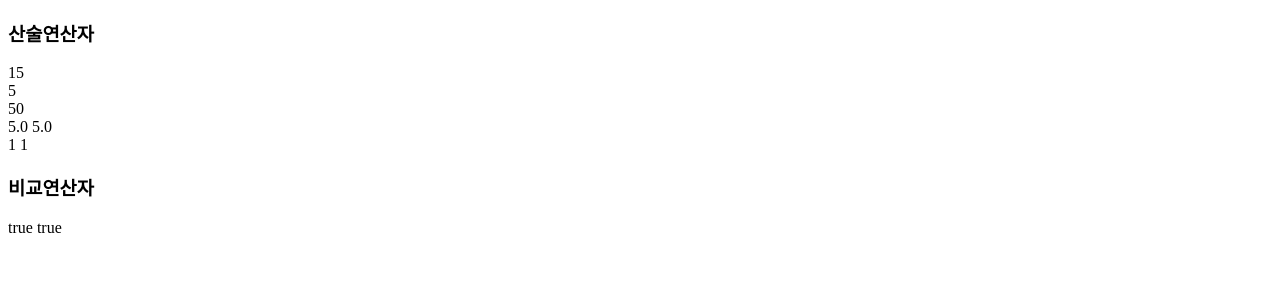
Repository: Jipumpkin/WebServer
Page: http://localhost/JSTL/ex03el3.jsp
These files come from the project's save history. The page is drawn as it stood at one moment and after the next save; the edit follows.
The browser window is 1280 px wide. The pictures show the whole page.
The page is served by Tomcat 9. Other server files are loaded and not shown.

Above is the page before, as saved 2024-08-16 06:17:56.

### JSTL/src/main/webapp/ex03el3.jsp
<%@ page language="java" contentType="text/html; charset=EUC-KR"
    pageEncoding="EUC-KR"%>
<!DOCTYPE html>
<html>
<head>
<meta charset="EUC-KR">
<title>Insert title here</title>
</head>
<body>

	<%
		session.setAttribute("num", 10);
	%>

	<h3>산술연산자</h3>
	${num + 5} <br>
	${num - 5} <br>
	${num * 5} <br>
	${num / 2} ${num div 2}<br>
	${num % 3} ${num mod 3}<br>

	<h3>비교연산자</h3>
	${num > 5} ${num gt 5}


</body>
</html>

After the next save:
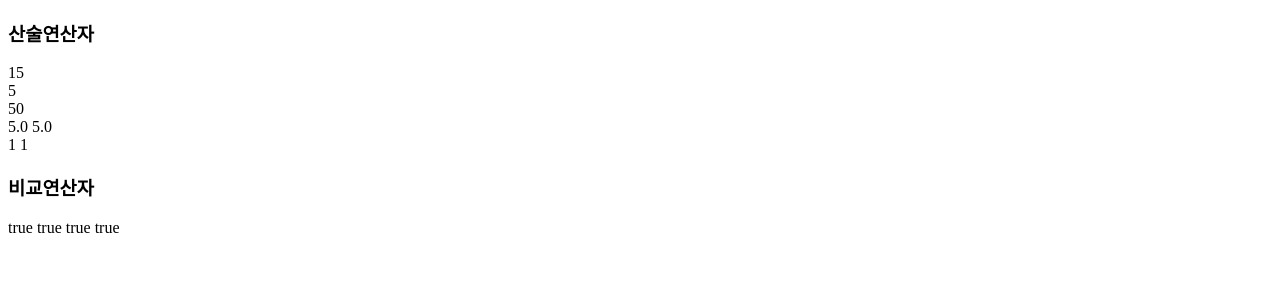
Saved 35 s later.
--- a/JSTL/src/main/webapp/ex03el3.jsp
+++ b/JSTL/src/main/webapp/ex03el3.jsp
@@ -21,7 +21,7 @@
 
 	<h3>비교연산자</h3>
 	${num > 5} ${num gt 5}
-
+	${num < 20} ${num lt 20}
 
 </body>
 </html>
